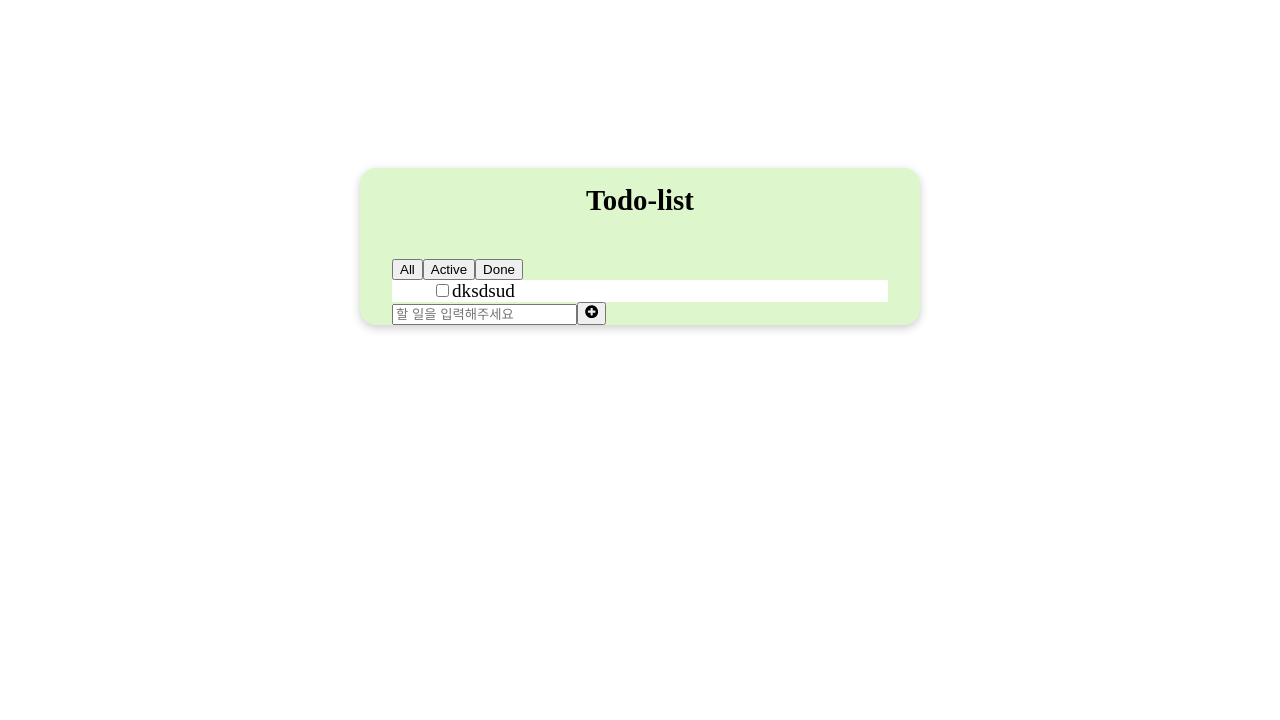
Repository: Yugayoung/todoList
Page: /
An editor plug-in stored every save of this project. The page is shown before and after the next save, followed by the edit.
The browser window is 1280 px wide. The pictures show the whole page.
Some web fonts or font styles are not loaded; a fallback is used. The project was rebuilt for these pictures with package versions that can differ from the ones it lists, and the page was loaded fresh each time. Also part of the build but not shown: src/App.css.

Above is the page before, as saved 2024-03-21 01:28:58.

### src/index.css
@font-face {
  font-family: 'IM_Hyemin-Bold';
  src: url('./fonts/IM_Hyemin-Regular.otf') format('opentype');
  font-weight: normal;
  font-style: normal;
}

body {
  margin: 0;
  font-family: 'IM_Hyemin-Bold';
  -webkit-font-smoothing: antialiased;
  -moz-osx-font-smoothing: grayscale;
  width: 100vw;
  height: 100vh;
  display: flex;
  justify-content: center;
  align-items: center;
  font-size: 1.2rem;
}

code {
  font-family: source-code-pro, Menlo, Monaco, Consolas, 'Courier New',
    monospace;
}
#root {
  width: 100%;
  height: 60%;
  max-width: 35rem;
}

### src/App.js
import './App.css';
import Todo from './pages/Todo';

function App() {
  return (
    <>
      <Todo />
    </>
  );
}

export default App;

### src/pages/todo.jsx
import React from 'react';
import styled from 'styled-components';
import { FaPlusCircle } from 'react-icons/fa';

const Title = styled.h2`
  text-align: center;
  font-weight: bold;
  padding: 1rem;
`;

const TodoList = styled.section`
  background-color: #def6cc;
  border-radius: 1rem;
  box-shadow: 0 3px 10px rgb(0, 0, 0, 0.2);
  padding: 0rem 2rem;
`;
const AddTodoLi = styled.li`
  list-style: none;
`;
const AddTodoUl = styled.ul`
  background-color: white;
  margin: 0rem;
  max-height: 400px;
`;

export default function Todo() {
  return (
    <>
      <TodoList>
        {/* 할일 state */}
        <Title>Todo-list</Title>
        <div>
          <button>All</button>
          <button>Active</button>
          <button>Done</button>
        </div>

        {/* addTodoList */}
        <AddTodoUl>
          <AddTodoLi>
            <input type='checkbox' />
            dksdsud
          </AddTodoLi>
        </AddTodoUl>

        {/* 할일 입력 */}
        <div>
          <input type='text' placeholder='할 일을 입력해주세요' />
          <button>
            <FaPlusCircle />
          </button>
        </div>
      </TodoList>
    </>
  );
}

Loaded but not shown: public/index.html (common file); src/index.js (common file); src/reportWebVitals.js (common file)

After the next save:
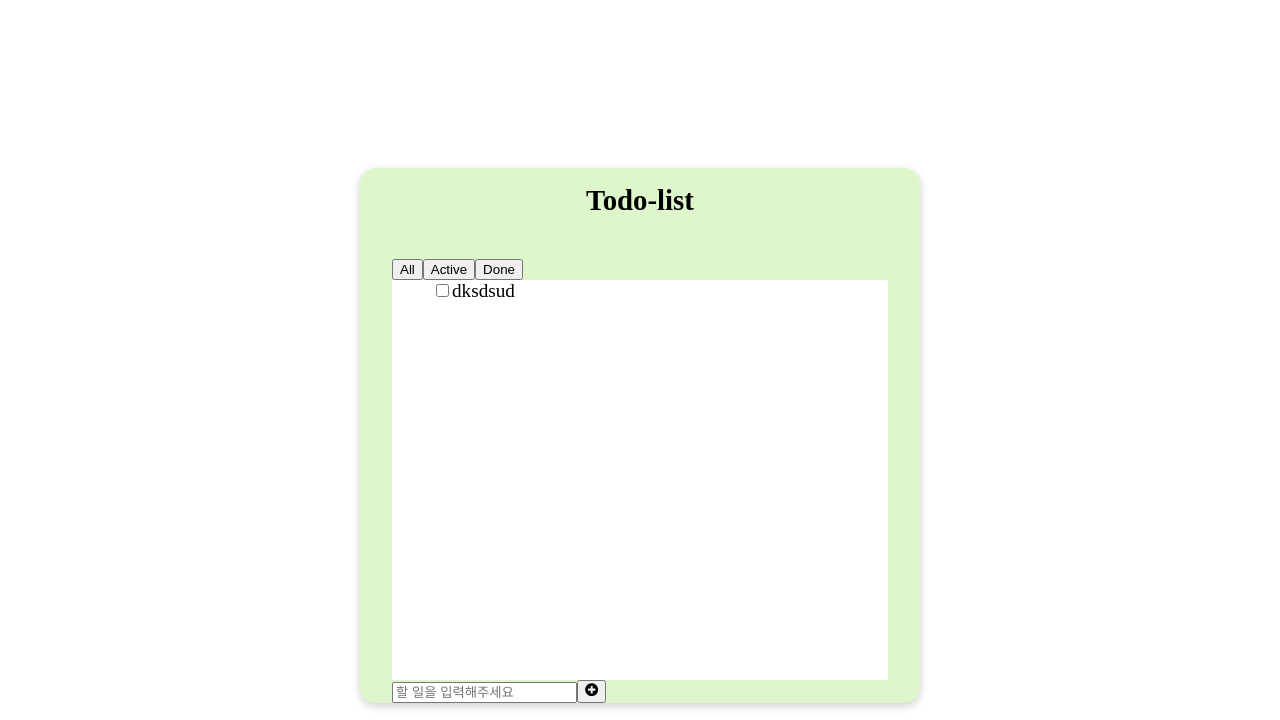
Saved 15 s later.
--- a/src/pages/todo.jsx
+++ b/src/pages/todo.jsx
@@ -20,7 +20,7 @@ const AddTodoLi = styled.li`
 const AddTodoUl = styled.ul`
   background-color: white;
   margin: 0rem;
-  max-height: 400px;
+  height: 400px;
 `;
 
 export default function Todo() {
